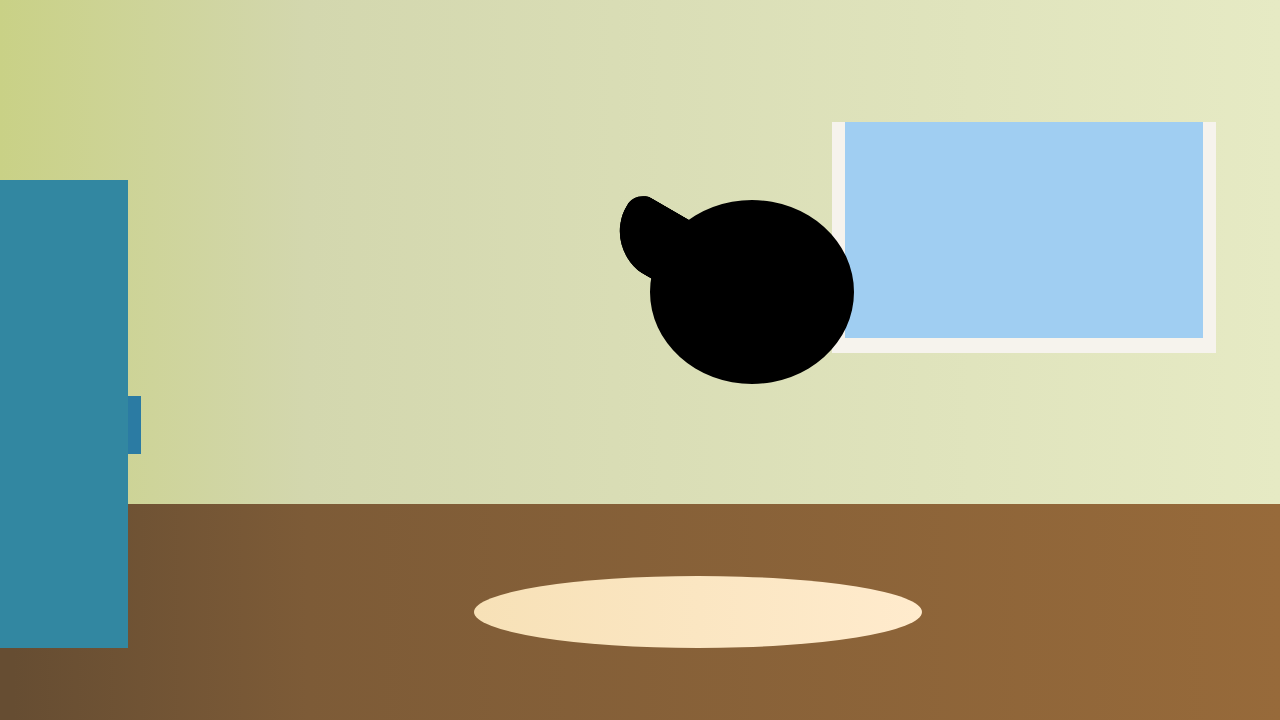
Repository: SandyLy453/COMP-2170-team-project
Page: index.html
These files come from the project's save history. The page is drawn as it stood at one moment and after a run of saves; the edit follows.
The browser window is 1280 px wide. The pictures show the whole page.

Above is the page before, as saved 2024-05-03 12:24:23.

After the next 2 saves:
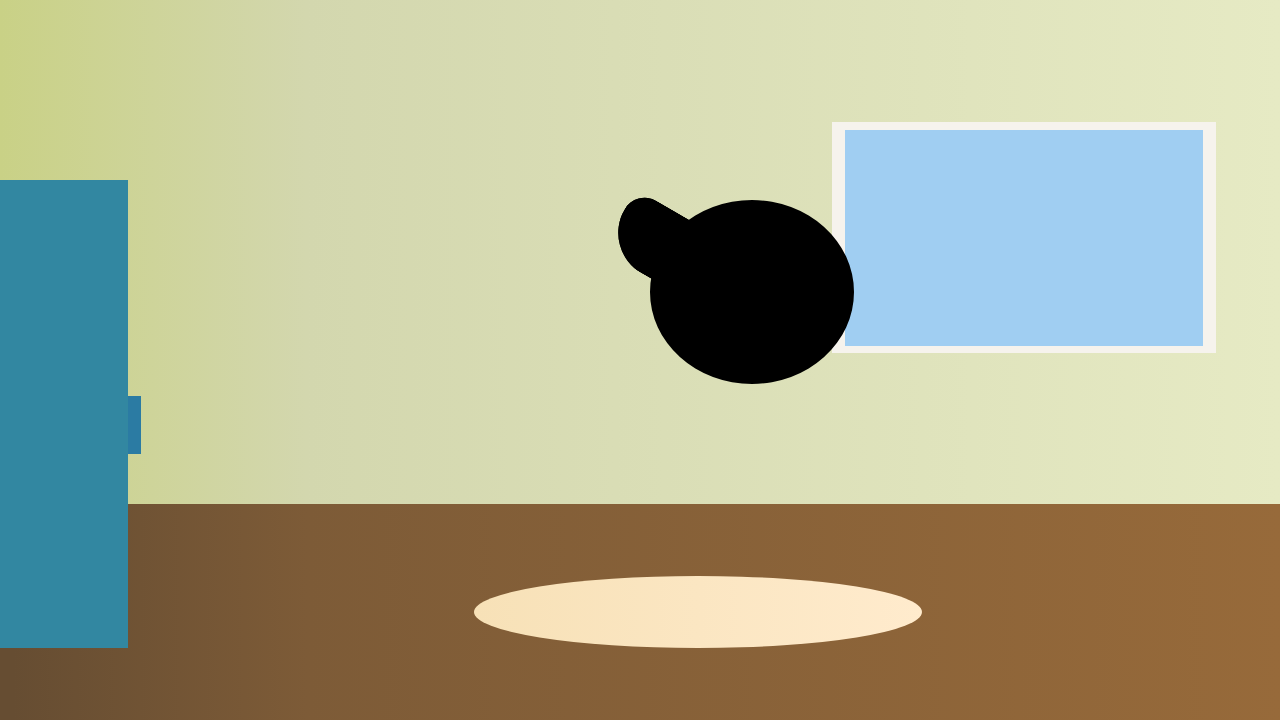
The 2 saves are shown as one change because they came seconds apart.
The last was saved 7 s later.
--- a/styles.css
+++ b/styles.css
@@ -62,7 +62,8 @@
     height: 30vh;
     background-color: rgb(160, 206, 242);
     position: relative;
-    left: 1vw
+    left: 1vw;
+    top: 1vh;
 }
 
 /* Cat styling */
@@ -85,7 +86,7 @@
     z-index: 1;
     left: -38px;
     border-top-left-radius: 80px;
-    border-top-right-radius: 30px;
+    border-top-right-radius: 40px;
     transform: rotate(-60deg);
     border-left: 35px solid;
     border-right: 35px solid;
